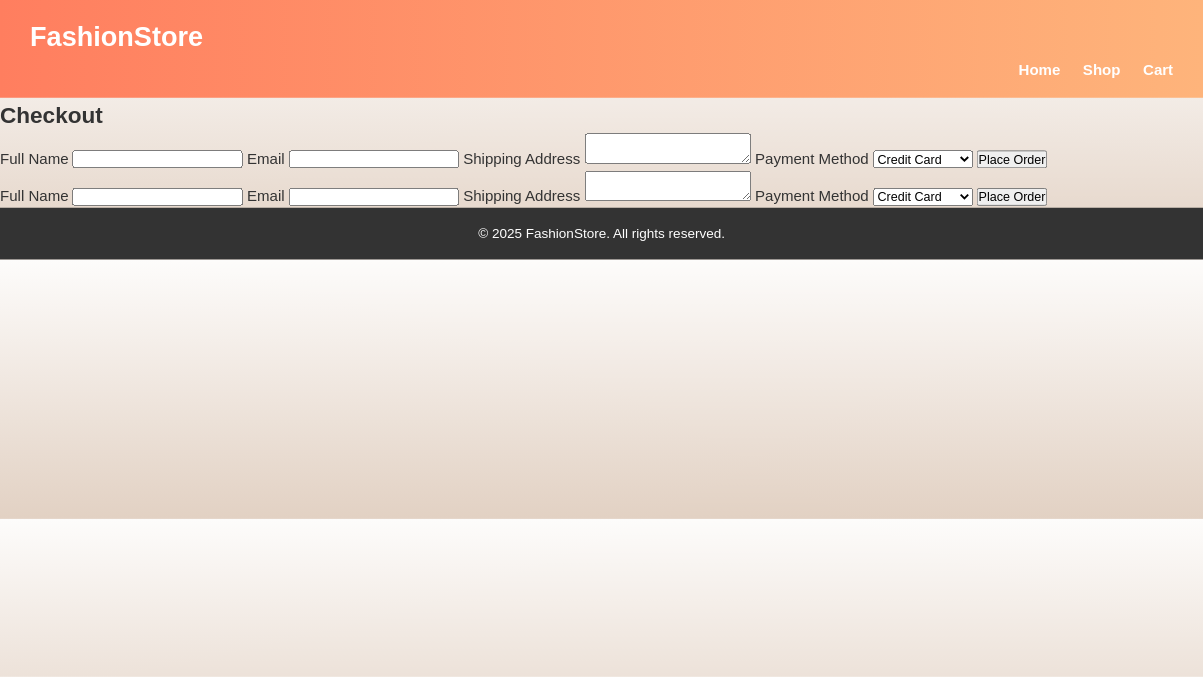
Repository: Patience225/ecommerce-app
Page: checkout.html
An editor plug-in stored every save of this project. The page is shown before and after the next save, followed by the edit.
The browser window is 1280 px wide. The pictures show the whole page, at 94% of full size.

Above is the page before, as saved 2025-01-28 02:00:49.

### checkout.html
<!DOCTYPE html>
<html lang="en">
<head>
  <meta charset="UTF-8">
  <meta name="viewport" content="width=device-width, initial-scale=1.0">
  <title>Fashion Store | Checkout</title>
  <link rel="stylesheet" href="css/styles.css">
</head>
<body>
  <header>
    <nav>
      <div class="logo">FashionStore</div>
      <ul class="nav-links">
        <li><a href="index.html">Home</a></li>
        <li><a href="products.html">Shop</a></li>
        <li><a href="cart.html">Cart</a></li>
      </ul>
    </nav>
  </header>

  <main>
    <!-- Checkout Section -->
    <section class="checkout">
      <h2>Checkout</h2>
      <form id="checkout-form">
        <div class="checkout-details">
          <label for="name">Full Name</label>
          <input type="text" id="name" name="name" required>

          <label for="email">Email</label>
          <input type="email" id="email" name="email" required>

          <label for="address">Shipping Address</label>
          <textarea id="address" name="address" required></textarea>

          <label for="payment-method">Payment Method</label>
          <select id="payment-method" name="payment-method" required>
            <option value="credit-card">Credit Card</option>
            <option value="paypal">PayPal</option>
            <option value="bank-transfer">Bank Transfer</option>
          </select>

          <button type="submit" class="checkout-button">Place Order</button>
        </div>
      </form>
    </section>
  </main>
<!-- Same structure as previous checkout page -->
<form id="checkout-form" novalidate>
  <div class="checkout-details">
    <label for="name">Full Name</label>
    <input type="text" id="name" name="name" required>
    <span class="error-message" id="name-error"></span>

    <label for="email">Email</label>
    <input type="email" id="email" name="email" required>
    <span class="error-message" id="email-error"></span>

    <label for="address">Shipping Address</label>
    <textarea id="address" name="address" required></textarea>
    <span class="error-message" id="address-error"></span>

    <label for="payment-method">Payment Method</label>
    <select id="payment-method" name="payment-method" required>
      <option value="credit-card">Credit Card</option>
      <option value="paypal">PayPal</option>
      <option value="bank-transfer">Bank Transfer</option>
    </select>
    <span class="error-message" id="payment-error"></span>

    <button type="submit" class="checkout-button">Place Order</button>
  </div>
</form>

  <footer>
    <p>&copy; 2025 FashionStore. All rights reserved.</p>
  </footer>

  <script src="js/checkout.js"></script>
</body>
</html>

### css/styles.css
/* General Reset */
* {
  margin: 0;
  padding: 0;
  box-sizing: border-box;
}
body {
  font-family: 'Arial', sans-serif;
  line-height: 1.6;
  color: #333;
  background: linear-gradient(to bottom, #fdfcfb, #e2d1c3);
  overflow-x: hidden;
}

/* Header */
header {
  background: linear-gradient(to right, #ff7e5f, #feb47b);
  color: white;
  padding: 1rem 2rem;
}
header .logo {
  font-size: 1.8rem;
  font-weight: bold;
}
header .nav-links {
  display: flex;
  list-style: none;
  gap: 1.5rem;
  justify-content: flex-end;
}
header .nav-links li a {
  text-decoration: none;
  color: white;
  font-weight: bold;
  transition: color 0.3s;
}
header .nav-links li a:hover {
  color: #333;
}

/* Hero Section */
.hero {
  text-align: center;
  padding: 3rem 1rem;
  background: linear-gradient(to right, #ffecd2, #fcb69f);
  color: #333;
}
.hero h1 {
  font-size: 2.5rem;
  margin-bottom: 1rem;
}
.hero p {
  margin-bottom: 1.5rem;
  font-size: 1.2rem;
}
.hero .cta-button {
  text-decoration: none;
  padding: 0.8rem 2rem;
  background: #ff7e5f;
  color: white;
  font-weight: bold;
  border-radius: 25px;
  transition: background 0.3s;
}
.hero .cta-button:hover {
  background: #feb47b;
}

/* Categories Section */
.categories {
  padding: 2rem 1rem;
  text-align: center;
}
.categories h2 {
  margin-bottom: 2rem;
  font-size: 2rem;
}
.category-grid {
  display: flex;
  gap: 1.5rem;
  justify-content: center;
  flex-wrap: wrap;
}
.category-item {
  flex: 1 1 calc(40% - 2rem);
  max-width: 400px;
  overflow: hidden;
  border-radius: 15px;
  box-shadow: 0 4px 8px rgba(0, 0, 0, 0.1);
  transition: transform 0.3s;
}
.category-item img {
  width: 100%;
  height: auto;
  display: block;
}
.category-item .category-link {
  display: block;
  padding: 1rem;
  text-decoration: none;
  font-weight: bold;
  color: white;
  background: #333;
  text-align: center;
}
.category-item:hover {
  transform: scale(1.05);
}

/* Featured Products Section */
.featured-products {
  padding: 2rem 1rem;
  background: linear-gradient(to bottom, #e2d1c3, #f7f1e3);
  text-align: center;
}
.featured-products h2 {
  margin-bottom: 2rem;
  font-size: 2rem;
}
.product-grid {
  display: flex;
  gap: 1.5rem;
  justify-content: center;
  flex-wrap: wrap;
}
.product-grid .product {
  flex: 1 1 calc(30% - 2rem);
  max-width: 300px;
  overflow: hidden;
  border-radius: 15px;
  box-shadow: 0 4px 8px rgba(0, 0, 0, 0.1);
  text-align: center;
  background: white;
  transition: transform 0.3s;
}
.product-grid .product img {
  width: 100%;
  height: auto;
  display: block;
}
.product-grid .product h3 {
  margin: 1rem 0;
}
.product-grid .product p {
  color: #666;
  margin-bottom: 1rem;
}
.product-grid .product button {
  padding: 0.8rem 1.5rem;
  background: #ff7e5f;
  border: none;
  color: white;
  font-weight: bold;
  border-radius: 25px;
  cursor: pointer;
  transition: background 0.3s;
}
.product-grid .product button:hover {
  background: #feb47b;
}

/* Footer */
footer {
  text-align: center;
  padding: 1rem;
  background: #333;
  color: white;
  font-size: 0.9rem;
}

### js/checkout.js
document.addEventListener('DOMContentLoaded', () => {
  const checkoutForm = document.getElementById('checkout-form');

  checkoutForm.addEventListener('submit', (event) => {
    event.preventDefault();

    const name = document.getElementById('name').value;
    const email = document.getElementById('email').value;
    const address = document.getElementById('address').value;
    const paymentMethod = document.getElementById('payment-method').value;

    // Save order to local storage (or could be saved to a server in real apps)
    const orderDetails = {
      name,
      email,
      address,
      paymentMethod,
      cart: JSON.parse(localStorage.getItem('cart')),
    };

    localStorage.setItem('order', JSON.stringify(orderDetails));

    // Clear the cart
    localStorage.removeItem('cart');

    // Redirect to thank you page
    window.location.href = 'thankyou.html';
  });
});

document.addEventListener('DOMContentLoaded', () => {
  const checkoutForm = document.getElementById('checkout-form');

  checkoutForm.addEventListener('submit', (event) => {
    event.preventDefault();

    const name = document.getElementById('name').value;
    const email = document.getElementById('email').value;
    const address = document.getElementById('address').value;
    const paymentMethod = document.getElementById('payment-method').value;

    let isValid = true;

    // Form validation
    if (!name) {
      document.getElementById('name-error').textContent = "Full Name is required!";
      isValid = false;
    } else {
      document.getElementById('name-error').textContent = "";
    }

    if (!email || !validateEmail(email)) {
      document.getElementById('email-error').textContent = "Valid Email is required!";
      isValid = false;
    } else {
      document.getElementById('email-error').textContent = "";
    }

    if (!address) {
      document.getElementById('address-error').textContent = "Shipping Address is required!";
      isValid = false;
    } else {
      document.getElementById('address-error').textContent = "";
    }

    if (!paymentMethod) {
      document.getElementById('payment-error').textContent = "Please select a payment method!";
      isValid = false;
    } else {
      document.getElementById('payment-error').textContent = "";
    }

    if (isValid) {
      // Save order to local storage
      const orderDetails = {
        name,
        email,
        address,
        paymentMethod,
        cart: JSON.parse(localStorage.getItem('cart')),
      };
      localStorage.setItem('order', JSON.stringify(orderDetails));

      // Clear the cart and redirect to thank you page
      localStorage.removeItem('cart');
      window.location.href = 'thankyou.html';
    }
  });
});

// Email validation function
function validateEmail(email) {
  const regex = /^[a-zA-Z0-9._-]+@[a-zA-Z0-9.-]+\.[a-zA-Z]{2,6}$/;
  return regex.test(email);
}

After the next save:
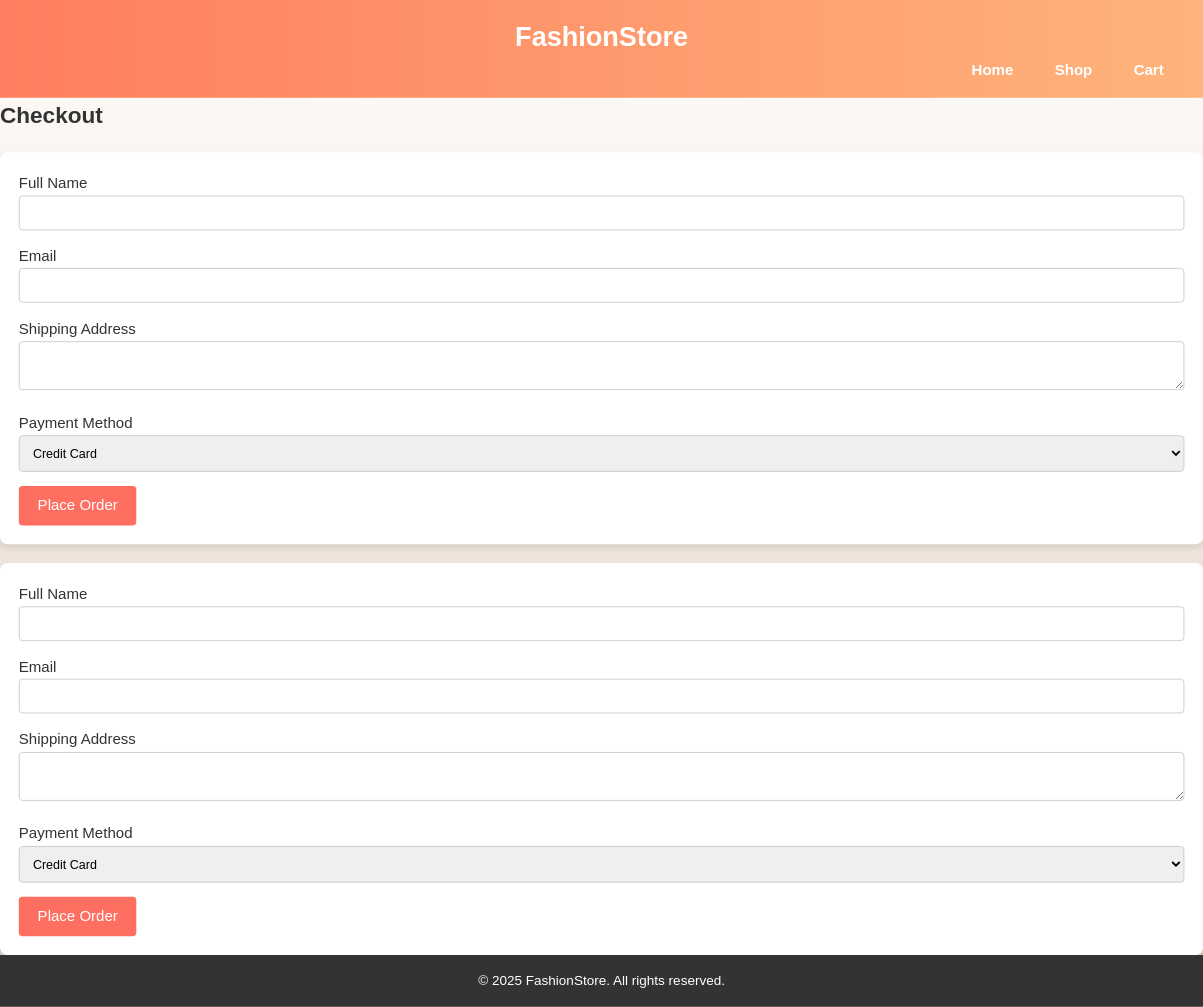
Saved 6 min 39 s later.
--- a/css/styles.css
+++ b/css/styles.css
@@ -4,36 +4,46 @@
   padding: 0;
   box-sizing: border-box;
 }
+
 body {
   font-family: 'Arial', sans-serif;
   line-height: 1.6;
   color: #333;
-  background: linear-gradient(to bottom, #fdfcfb, #e2d1c3);
+  background: linear-gradient(to bottom, #fdfcfb, #e2d1c3); /* Merged backgrounds */
   overflow-x: hidden;
 }
 
-/* Header */
+/* Header Styles */
 header {
-  background: linear-gradient(to right, #ff7e5f, #feb47b);
+  background: linear-gradient(to right, #ff7e5f, #feb47b); /* Kept gradient for aesthetics */
   color: white;
   padding: 1rem 2rem;
-}
+  text-align: center;
+}
+
 header .logo {
   font-size: 1.8rem;
   font-weight: bold;
 }
+
 header .nav-links {
   display: flex;
   list-style: none;
   gap: 1.5rem;
   justify-content: flex-end;
 }
+
+header .nav-links li {
+  margin: 0 10px; /* Merged inline styles */
+}
+
 header .nav-links li a {
   text-decoration: none;
   color: white;
   font-weight: bold;
   transition: color 0.3s;
 }
+
 header .nav-links li a:hover {
   color: #333;
 }
@@ -45,14 +55,17 @@ header .nav-links li a:hover {
   background: linear-gradient(to right, #ffecd2, #fcb69f);
   color: #333;
 }
+
 .hero h1 {
   font-size: 2.5rem;
   margin-bottom: 1rem;
 }
+
 .hero p {
   margin-bottom: 1.5rem;
   font-size: 1.2rem;
 }
+
 .hero .cta-button {
   text-decoration: none;
   padding: 0.8rem 2rem;
@@ -62,6 +75,7 @@ header .nav-links li a:hover {
   border-radius: 25px;
   transition: background 0.3s;
 }
+
 .hero .cta-button:hover {
   background: #feb47b;
 }
@@ -71,16 +85,19 @@ header .nav-links li a:hover {
   padding: 2rem 1rem;
   text-align: center;
 }
+
 .categories h2 {
   margin-bottom: 2rem;
   font-size: 2rem;
 }
+
 .category-grid {
   display: flex;
   gap: 1.5rem;
   justify-content: center;
   flex-wrap: wrap;
 }
+
 .category-item {
   flex: 1 1 calc(40% - 2rem);
   max-width: 400px;
@@ -89,11 +106,13 @@ header .nav-links li a:hover {
   box-shadow: 0 4px 8px rgba(0, 0, 0, 0.1);
   transition: transform 0.3s;
 }
+
 .category-item img {
   width: 100%;
   height: auto;
   display: block;
 }
+
 .category-item .category-link {
   display: block;
   padding: 1rem;
@@ -103,6 +122,7 @@ header .nav-links li a:hover {
   background: #333;
   text-align: center;
 }
+
 .category-item:hover {
   transform: scale(1.05);
 }
@@ -113,16 +133,19 @@ header .nav-links li a:hover {
   background: linear-gradient(to bottom, #e2d1c3, #f7f1e3);
   text-align: center;
 }
+
 .featured-products h2 {
   margin-bottom: 2rem;
   font-size: 2rem;
 }
+
 .product-grid {
   display: flex;
   gap: 1.5rem;
   justify-content: center;
   flex-wrap: wrap;
 }
+
 .product-grid .product {
   flex: 1 1 calc(30% - 2rem);
   max-width: 300px;
@@ -133,18 +156,22 @@ header .nav-links li a:hover {
   background: white;
   transition: transform 0.3s;
 }
+
 .product-grid .product img {
   width: 100%;
   height: auto;
   display: block;
 }
+
 .product-grid .product h3 {
   margin: 1rem 0;
 }
+
 .product-grid .product p {
   color: #666;
   margin-bottom: 1rem;
 }
+
 .product-grid .product button {
   padding: 0.8rem 1.5rem;
   background: #ff7e5f;
@@ -155,10 +182,105 @@ header .nav-links li a:hover {
   cursor: pointer;
   transition: background 0.3s;
 }
+
 .product-grid .product button:hover {
   background: #feb47b;
 }
 
+/* Checkout Form Styles */
+.checkout-details {
+  background-color: white;
+  padding: 20px;
+  border-radius: 8px;
+  box-shadow: 0 4px 8px rgba(0, 0, 0, 0.1);
+  margin-top: 20px;
+}
+
+.checkout-details input,
+.checkout-details textarea,
+.checkout-details select {
+  width: 100%;
+  padding: 10px;
+  margin-bottom: 15px;
+  border: 1px solid #ccc;
+  border-radius: 4px;
+}
+
+.checkout-details button {
+  background-color: #ff6f61;
+  color: white;
+  padding: 12px 20px;
+  border: none;
+  border-radius: 4px;
+  font-size: 16px;
+  cursor: pointer;
+  transition: background-color 0.3s ease;
+}
+
+.checkout-details button:hover {
+  background-color: #e0554b;
+}
+
+/* Cart Styles */
+.cart-item {
+  display: flex;
+  justify-content: space-between;
+  align-items: center;
+  margin-bottom: 15px;
+  background-color: #fff;
+  padding: 10px;
+  border-radius: 8px;
+  box-shadow: 0 2px 6px rgba(0, 0, 0, 0.1);
+  transition: transform 0.3s ease;
+}
+
+.cart-item:hover {
+  transform: translateY(-5px);
+}
+
+.cart-item img {
+  max-width: 50px;
+  margin-right: 15px;
+}
+
+.cart-item-details {
+  flex-grow: 1;
+}
+
+.cart-item input[type="number"] {
+  width: 60px;
+  padding: 5px;
+}
+
+.remove-item {
+  background-color: #ff6f61;
+  color: white;
+  padding: 8px;
+  border: none;
+  border-radius: 4px;
+  cursor: pointer;
+}
+
+.remove-item:hover {
+  background-color: #e0554b;
+}
+
+/* Animations for the Cart */
+@keyframes cartAnimation {
+  0% {
+    opacity: 0;
+    transform: translateY(-20px);
+  }
+  100% {
+    opacity: 1;
+    transform: translateY(0);
+  }
+}
+
+.cart-item {
+  animation: cartAnimation 0.3s ease-out;
+}
+
 /* Footer */
 footer {
   text-align: center;
